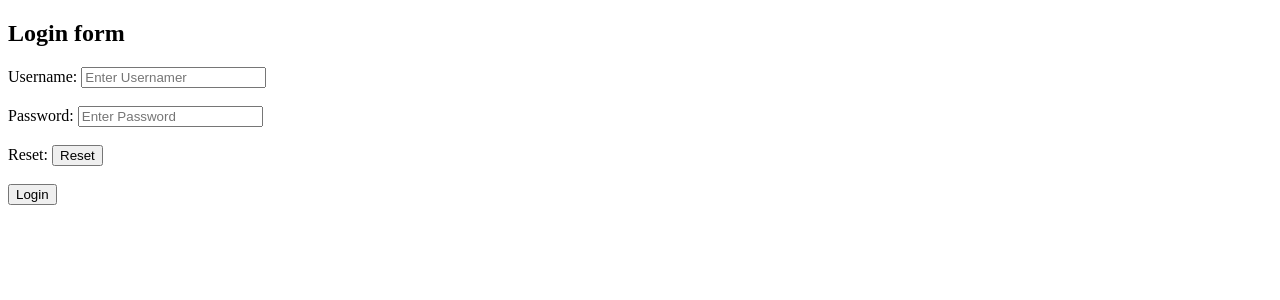
Repository: Glory998/ELCE1-32
Page: login form.html
An editor plug-in stored every save of this project. The page is shown before and after the next save, followed by the edit.
The browser window is 1280 px wide. The pictures show the whole page.

Above is the page before, as saved 2025-10-27 11:19:23.

After the next save:
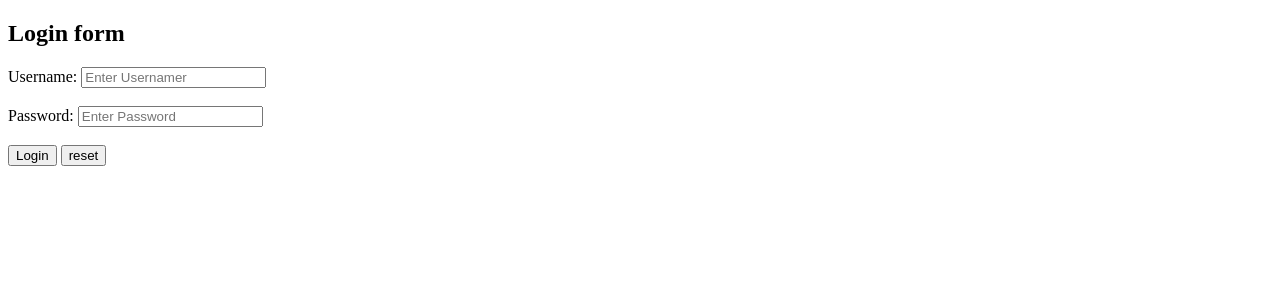
Saved 2 min 46 s later.
--- a/login form.html
+++ b/login form.html
@@ -14,12 +14,8 @@ required><br><br>
 <label>Password:</label>
 <input type="Password"
 name="password" placeholder="Enter Password" required><br><br>
-
-<label>Reset:</label>
-<input type="Reset"
-name="reset" placeholder="Enter Reset " required><br><br>
-
 <input type="submit" value="Login">
+<input type ="reset" value="reset">
 </form>
 </body>
 </html>
